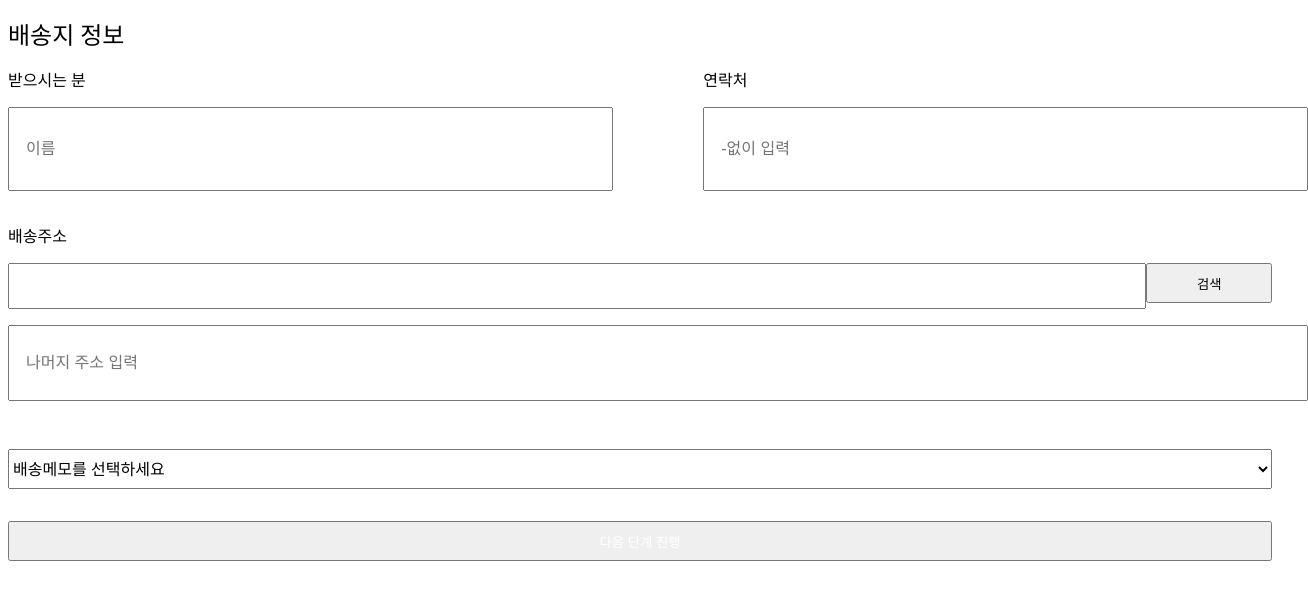
Repository: seungsu12/carrot
Page: http://localhost/carrot/orderform_second.jsp
These files come from the project's save history. The page is drawn as it stood at one moment and after the next save; the edit follows.
The browser window is 1280 px wide. The page is 1308 px wide, so the pictures cover 1308 px, including what lies to the right of the window. The pictures show the whole page.
The page is served by Tomcat 9.

Above is the page before, as saved 2021-10-03 06:14:46.

After the next save:
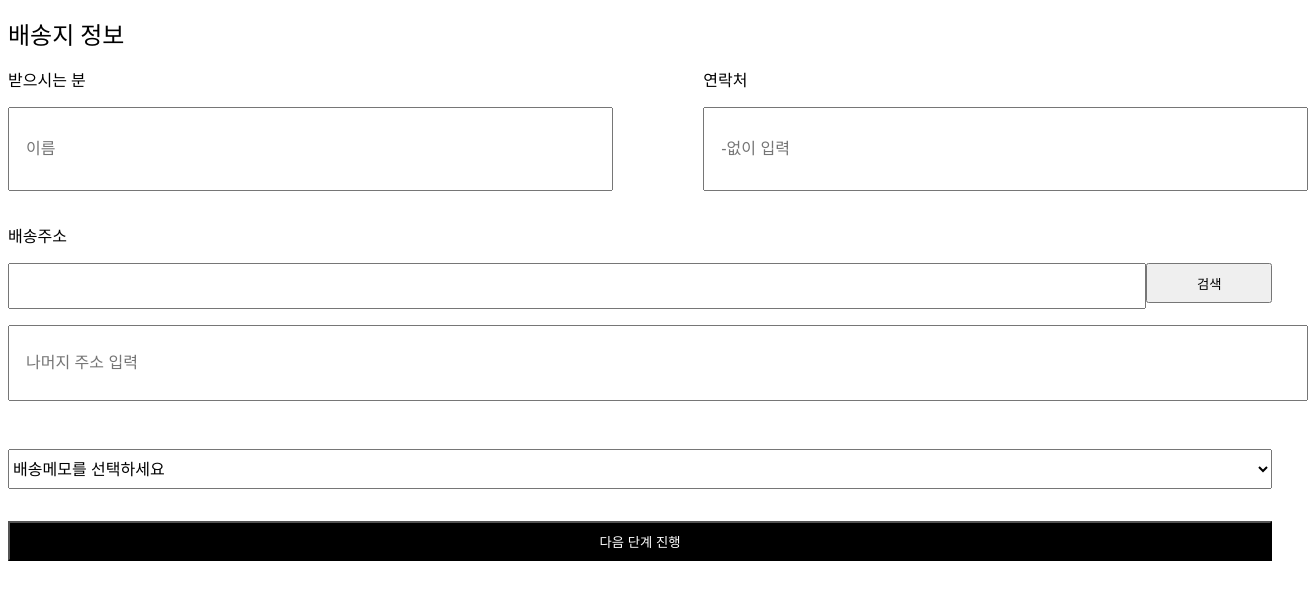
Saved 20 s later.
--- a/carrot/WebContent/orderform_second.jsp
+++ b/carrot/WebContent/orderform_second.jsp
@@ -73,7 +73,7 @@
 	.order_form_second_button{
 		width : 100%;
 		height : 2.5rem;
-		backgroud : black;
+		background : black;
 		color : white;
 		text-align : center;
 
